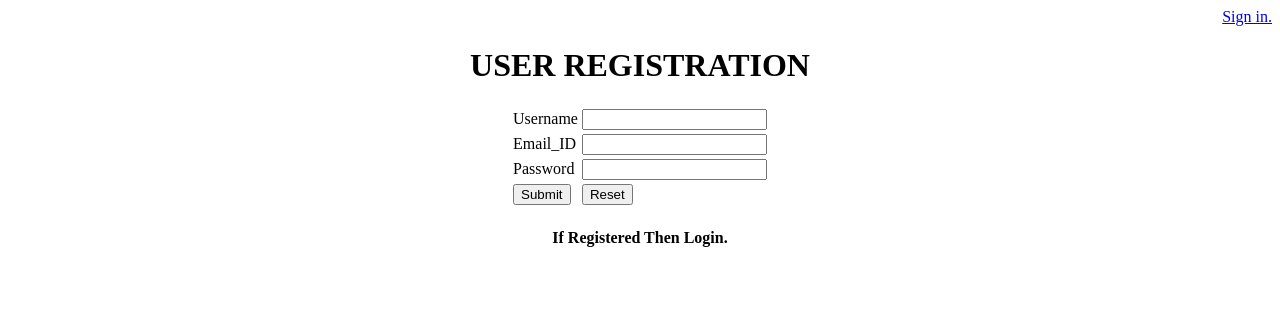
Repository: sunil965/JDBC-Servlet-JSP
Page: http://localhost/JspRegistrationTask/
These files come from the project's save history. The page is drawn as it stood at one moment and after the next save; the edit follows.
The browser window is 1280 px wide. The pictures show the whole page.
The page is served by Tomcat 9.

Above is the page before, as saved 2017-05-02 13:21:29.

After the next save:
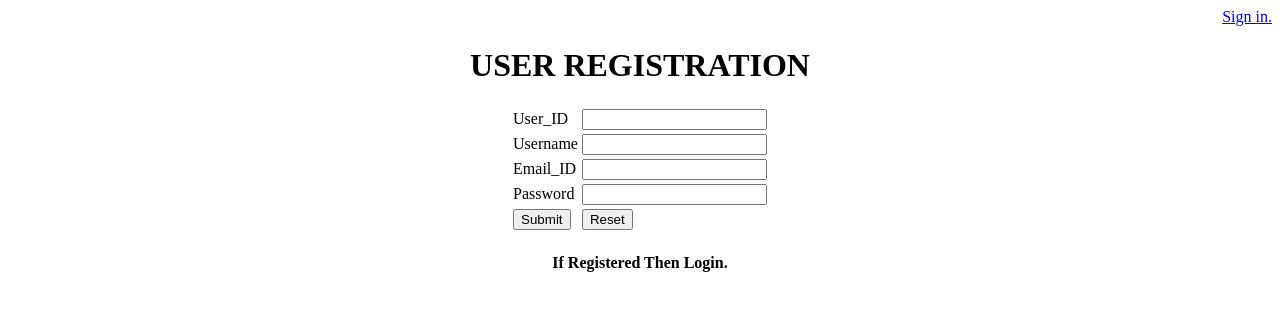
Saved 2 min 17 s later.
--- a/JspRegistrationTask/WebContent/index.jsp
+++ b/JspRegistrationTask/WebContent/index.jsp
@@ -14,6 +14,10 @@
 <h1>USER REGISTRATION</h1>
 	<form action="userreg" method="post">
 	<table>
+	<tr>
+	<td>User_ID</td>
+	<td><input type="text" name="uid"></td>
+	</tr>
 	<tr>
 	<td>Username</td>
 	<td><input type="text" name="user"></td>
